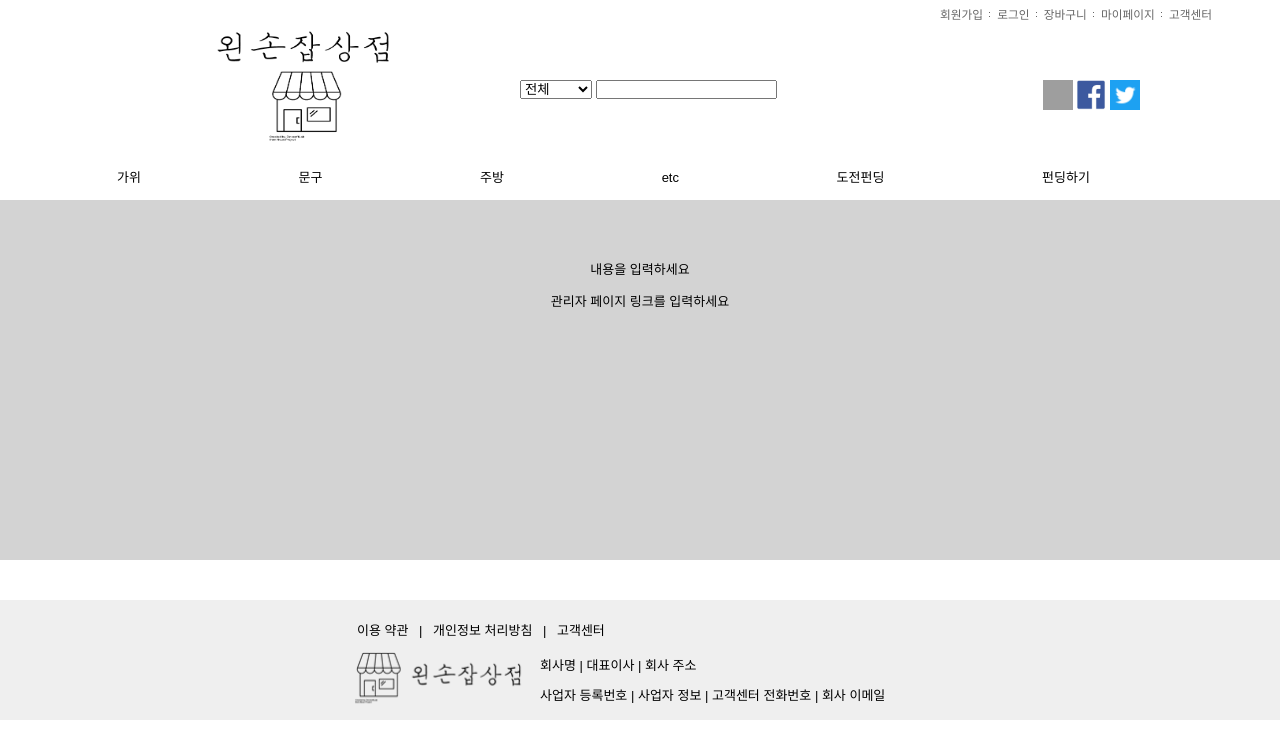
Repository: GroundPark/team6
Page: http://localhost/lefthand/index.jsp
The author's editor kept a copy of each file at every save. The page is drawn from the files as they stood at one save, then again after the next save.
The browser window is 1280 px wide. The pictures show the whole page.
Pictures or frames that could not be fetched are drawn as grey boxes. The page is served by Tomcat 9. Nobody is signed in. The application's start-up code is not run. Other server files are loaded and not shown.

Above is the page before, as saved 2021-11-20 04:17:17.

### lefthand/WebContent/index.jsp
<%@ page language="java" contentType="text/html; charset=UTF-8" pageEncoding="UTF-8"%>
<%

%>
<body>
<%@ include file="include/header.jsp" %>
<div class="maindiv">
    <br /><br /><br /><br />
    <h2 align="center">내용을 입력하세요</h2>
    <br />
	<h2 align="center"><a href="#" >관리자 페이지 링크를 입력하세요</a></h2>
	<br />
</div>
<%@ include file="include/footer.jsp" %>

### lefthand/WebContent/include/header.jsp
<%@ page language="java" contentType="text/html; charset=UTF-8" pageEncoding="UTF-8"%>
<%@ page import="product.vo.*" %>
<!DOCTYPE html PUBLIC "-//W3C//DTD HTML 4.01 Transitional//EN" "http://www.w3.org/TR/html4/loose.dtd">

<html>
<head>
<meta http-equiv="Content-Type" content="text/html; charset=UTF-8">
<title>Insert title here</title>
<link rel="stylesheet" type="text/css" href="css/reset.css" />
<link rel="stylesheet" type="text/css" href="css/base.css" />
<link rel="stylesheet" type="text/css" href="css/layout.css" />
<link rel="stylesheet" type="text/css" href="css/header.css" />
<link rel="stylesheet" type="text/css" href="css/footer.css" />
<link rel="stylesheet" type="text/css" href="css/teststyle.css" />	<!-- 박지상 테스트용 css -->
<script type="text/javascript" src=""></script>
<script type="text/javascript" src=""></script>
</head>
<body>
<!-- #header 영역 시작 -->
<div id="wrapper">
<div id="header">
	<div id="logo"><h1 class="logo"><a href="#"><img src="img/header/logo.png" alt="로고" class="logo" /></a></h1></div>
	<ul id="infoMenu">
		<li><a href="#">회원가입</a></li>
		<li><a href="#">로그인</a></li>
		<li><a href="#">장바구니</a></li>
		<li><a href="#">마이페이지</a></li>
		<li><a href="#">고객센터</a></li>
	</ul>
	<h2>검색 창</h2>
	<ul id="searchMain">
		<li><select class="hand">
			<option value="전체">전체</option>
			<option value="가위">가위</option>
			<option value="문구">문구</option>
			<option value="주방">주방</option>
			<option value="etc">etc</option>
			<option value="도전펀딩">도전펀딩</option>
			<option value="펀딩하기">펀딩하기</option>
		</select></li>
		<li><input type="text" /></li>
	</ul>
	<h2>메인 메뉴</h2>
	<ul id="navigation">
		<li><a href="pdt_list.pdt">가위</a></li>
		<li><a href="pdt_office.pdt">문구</a></li>
		<li><a href="pdt_kitchen.pdt">주방</a></li>
		<li><a href="pdt_etc.pdt">etc</a></li>
		<li><a href="#">도전펀딩</a></li>
		<li><a href="#">펀딩하기</a></li>
	</ul>
	<h2>SNS</h2>
	<ul id="sns">
		<li><a href="#"><img src="img/header/instagram.png" alt="인스타" /></a></li>
		<li><a href="#"><img src="img/header/facebook.jpg" alt="페이스북" /></a></li>
		<li><a href="#"><img src="img/header/twitter.png" alt="트위터" /></a></li>
	</ul>
</div>
<!-- div#header 영역 종료 -->

### lefthand/WebContent/include/footer.jsp
<%@ page language="java" contentType="text/html; charset=UTF-8" pageEncoding="UTF-8"%>
<!DOCTYPE html PUBLIC "-//W3C//DTD HTML 4.01 Transitional//EN" "http://www.w3.org/TR/html4/loose.dtd">

<footer>
	<!-- footerInner영역 시작 -->
	<div class="footerInner">
		<div class="corp_area">
			<ul class="corp_list">
				<li><a href="#">이용 약관</a></li> |
				<li><a href="#">개인정보 처리방침</a></li> |
				<li><a href="#">고객센터</a></li>
			</ul>
		</div>
		<div class="company_info_area">
		<img src="img/logo_long.png" width="191px" height="59px" alt="Logo" class="footerLogo"/>
			<div class="ci_area">
				<ul class="company_info">
					<li><a href="#">회사명</a></li> |
					<li><a href="#">대표이사</a></li> |
					<li><a href="#">회사 주소</a></li>
				</ul>
			</div>
		</div>
			<div class="ci_area">
			<ul class="company_info">
				<li><a href="#">사업자 등록번호</a></li> |
				<li><a href="#">사업자 정보</a></li> |
				<li><a href="#">고객센터 전화번호</a></li> |
				<li><a href="#">회사 이메일</a></li>
			</ul>
			</div>
		</div>
 	</div>
</footer>
</div>
</body>
</html>

### lefthand/WebContent/css/reset.css


body, div, span, dl, dt, dd, ul, ol, li, h1, h2, h3, h4, h5, h6, blockquote, p, address, pre, form, fieldset, input, textarea, select, table, th, td { margin:0; padding:0; }

h1, h2, h3, h4, h5, h6 { font-weight:normal; font-size:100%; }

fieldset, abbr, acronym, img { border:0 none; }

ul, ol { list-style:none; }

caption, th { font-weight:normal; text-align:left; }

address, b, em, i, strong { font-weight:normal; font-style:normal; }

ins { text-decoration:none; }
del { text-decoration:line-through; }

blockquote:before, blockquote:after, q:before, q:after { content:""; }

hr { display:none; }

### lefthand/WebContent/css/base.css
/*
base.css : 사이트 전체에 적용할 기본 설정값.
				  기본 글꼴, 배경 등 스타일로 사이트 전체에 통일성 줌
*/

.hand { cursor:pointer; }	/* cursor:pointer : .hand클래스가 있는 태그에 마우스를 올렸을 때 마우스모양이 손모양으로 바뀜 */

body {
	font-family:"돋움", Dotum, "굴림", Gulim, sans-serif;
	font-size:13px;
}

a:link { color:#4f4f4f; text-decoration:none; }
a:visited { color:#8a2e91; text-decoration:none; }
a:hover { color:#f00; text-decoration:underline; }
a:focus { color:#f00; text-decoration:underline; }
a:active { color:#f00; text-decoration:none; }

/*----------------- 해더 영역 ----------------- */

#header { position:relative; width:1200px; height:200px; margin:0 auto;  border:0px black solid; }
#header h2, legend, .banner h3, .search h3, #slogan h2, #footer h2 { display:none; }

.logo { width:230px; height:130px; }
#logo { position:absolute; top:15px; left:150px; }

#infoMenu { position:absolute; top:0; right:0; text-align:right; margin-right:25px; font-size:0.9em; padding:8px 0 7px 0; }
#infoMenu li { display:inline; padding:0 3px 0 8px; background:url("../img/header/topnavi_bar.gif") no-repeat 0 4px;}
#infoMenu li:first-child { background:none; }
/* id가 'infoMenu'인 요소내에 있는 li요소들 중 첫번째 요소의 배경이미지를 삭제 */
#infoMenu li a { color:#676767; }
#infoMenu li a:hover, #infoMenu li a:focus { color:#000 }

#searchMain { position:absolute; top:80px; left:480px; }
#searchMain li { display:inline; }

#navigation { position:absolute; top:170px; border:0px black solid; margin:0 auto;}
#navigation li { display:inline; margin:0 77px; }

#sns { position:absolute; top:80px; right:100px; }
#sns li { display:inline; }
#sns li a img { width:30px; height:30px; display:inline; }

/*----------------- 푸터 영역 ----------------- */

### lefthand/WebContent/css/layout.css


#wrapper {
	position: relative;
	width: 100%;
	min-height :100%
}



#contents {

}

### lefthand/WebContent/css/header.css
@charset "EUC-KR";
/* base용 css */

### lefthand/WebContent/css/footer.css
@charset "EUC-KR";
/* base용 css */
body {
	font-family:"돋움", Dotum, "굴림", Gulim, sans-serif; font-size:13px;
	line-height:1.2;
}

a:link { color:#000; text-decoration:none; }
a:visited { color:#000; text-decoration:none; }
a:hover { color:#000; text-decoration:underline; }
a:focous { color:#000; text-decoration:underline; }
a:active { color:#000; text-decoration:none; }


/* layout용 css */
footer {
	width:100%; height:120px; margin:0 auto; background:#efefef; position:absolute;

	bottom: 0;
}

/* ---------- footer 영역 ---------- */
.footerInner { width:1200px; padding:13px 0 0 70px; height:120px; position:absolute;  }
.corp_area { padding-top:10px; padding-left:125px; }
.corp_list { padding-left:155px; }
.corp_area ul { text-align:left; }
.corp_area li { display:inline-block; padding:0 7px 0 7px; }
.footerLogo { position:absolute; top:50px; padding-left:280px; }
.company_info_area { overflow:hidden; margin-bottom:10px; padding-top:10px;  }
.company_info_area > div:nth-of-type(1) { padding:9px 0 5px 0; }
.company_info { overflow:hidden; margin: 0 0 0 470px;}
.company_info ul { text-align:left;}
.company_info li { display:inline-block;  }

### lefthand/WebContent/css/teststyle.css
@charset "UTF-8";

.maindiv{
	height: 50%;	width:100%;
	background-color:#d3d3d3;
}


.pdt_contents {
	width:80%; height:600px;  margin: 0 auto;
	background-color:#bbbbbb;

}

After the next save:
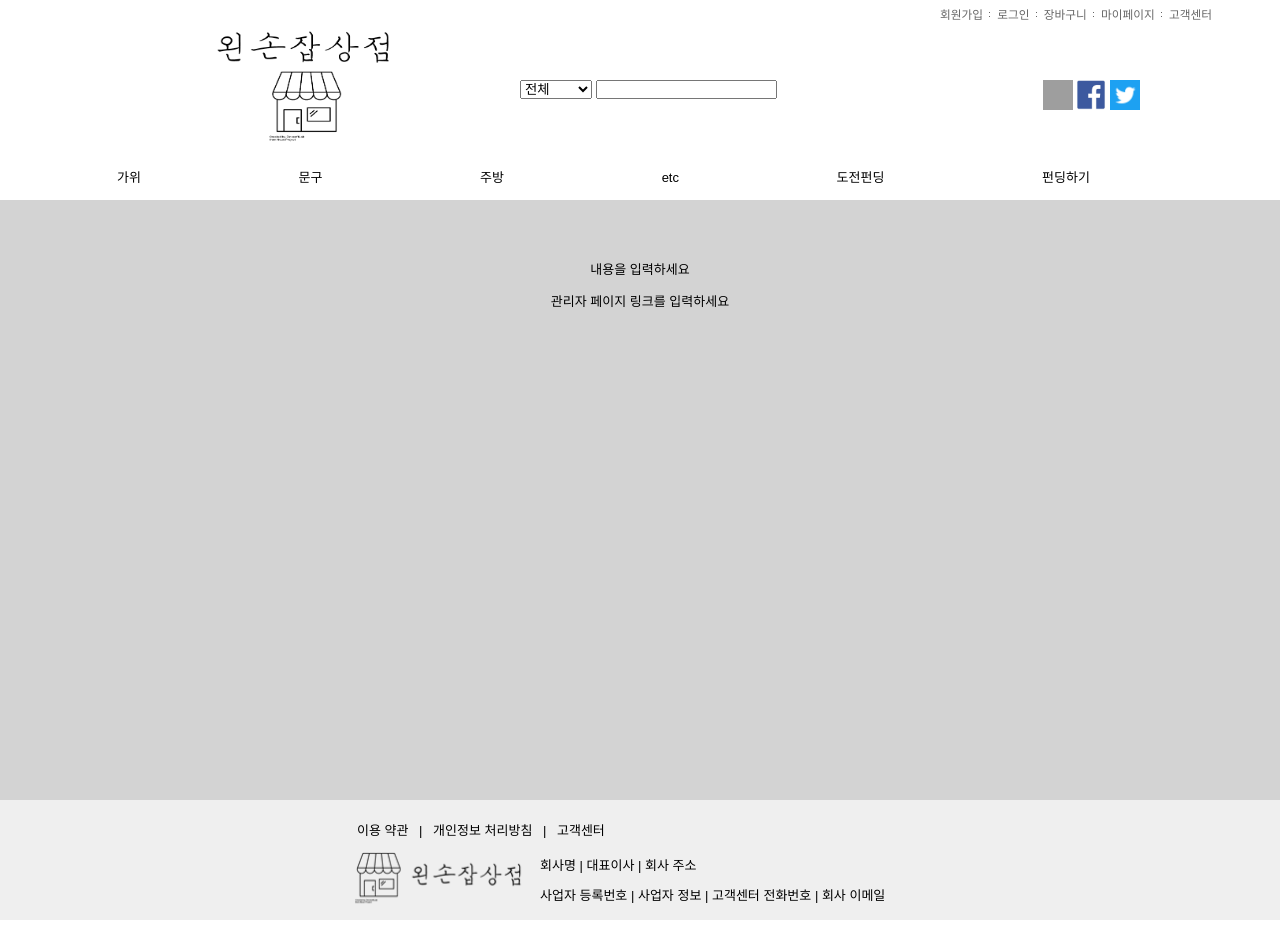
Saved 29 s later.
--- a/lefthand/WebContent/css/teststyle.css
+++ b/lefthand/WebContent/css/teststyle.css
@@ -1,7 +1,7 @@
 @charset "UTF-8";
 
 .maindiv{
-	height: 50%;	width:100%;
+	height: 100%;	width:100%;
 	background-color:#d3d3d3;
 }
 
